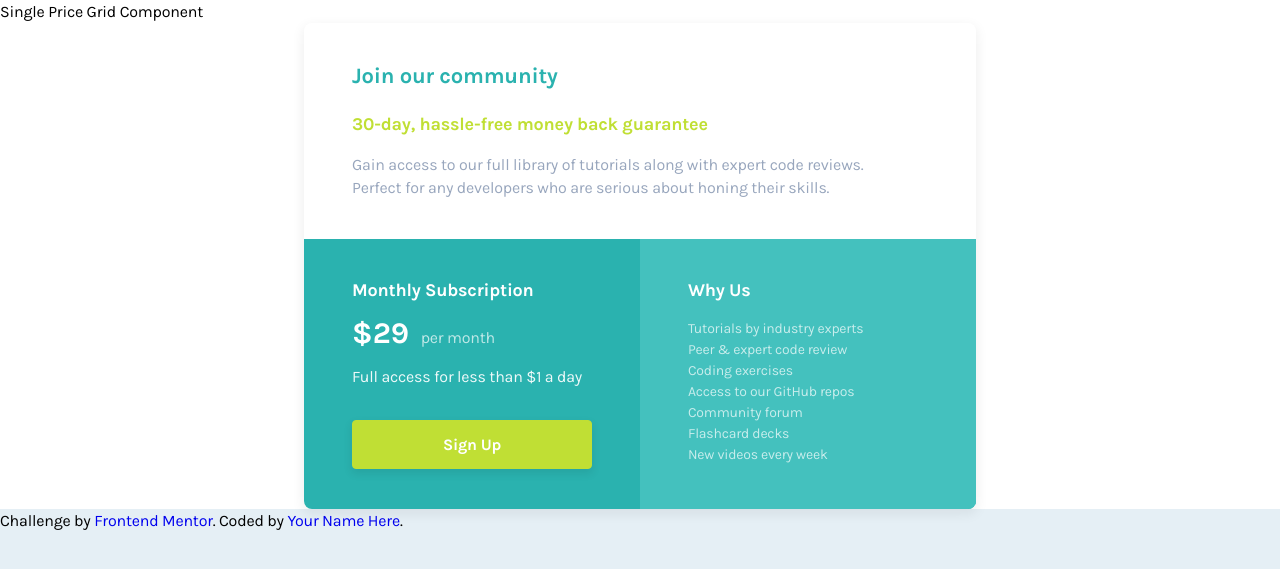
Repository: bangjuyoung/bangjuyoung
Page: practice/frontend-mentor/single-price-grid-component/index.html
The author's editor kept a copy of each file at every save. The page is drawn from the files as they stood at one save, then again after the next save.
The browser window is 1280 px wide. The pictures show the whole page.

Above is the page before, as saved 2019-06-16 16:02:56.

### practice/frontend-mentor/single-price-grid-component/index.html
<!DOCTYPE html>
<html lang="en">

<head>
  <meta charset="UTF-8">
  <meta name="viewport" content="width=device-width, initial-scale=1.0">
  <title>Frontend Mentor | Single Price Grid Component</title>
  <link rel="icon" type="image/png" sizes="32x32" href="./images/favicon-32x32.png">
  <link rel="stylesheet" href="../../../assets/css/base.css">
  <link href="https://fonts.googleapis.com/css?family=Karla:400,700&display=swap" rel="stylesheet">
  <link rel="stylesheet" href="./default.css">
</head>

<body class="bg-gray--pale">
  <main role="main" class="">


    <article class="bg-white single-price">
      <h1>Single Price Grid Component</h1>

      <div class="single-price__wrapper">
        <div class="text-primary--gray single-price__primary">
          <section class="single-price__body">
            <h2 class="text-primary text-title">Join our community</h2>
            <h3 class="text-secondary text-subtitle">30-day, hassle-free money back guarantee</h3>
            <p>Gain access to our full library of tutorials along with expert code reviews.</p>
            <p>Perfect for any developers who are serious about honing their skills.</p>
          </section>
        </div>

        <div class="theme-primary single-price__secondary">
          <section class="single-price__body single-price__cta">
            <h3 class="text-white text-subtitle">Monthly Subscription</h3>
            <div class="single-price__divider">
              <p class="text-light single-price__text">
                <strong class="text-white text-display1">&dollar;29</strong> per month
              </p>
              <p class="single-price__text">Full access for less than &dollar;1 a day</p>
            </div>
            <a href="/" class="btn btn-secondary btn-block btn--float">Sign Up</a>
          </section>

          <section class="theme-primary--light text-body2 single-price__body single-price__feature">
            <h4 class="text-white text-subtitle">Why Us</h4>
            <p>
              Tutorials by industry experts<span class="newline"></span>
              Peer &amp; expert code review<span class="newline"></span>
              Coding exercises<span class="newline"></span>
              Access to our GitHub repos<span class="newline"></span>
              Community forum<span class="newline"></span>
              Flashcard decks<span class="newline"></span>
              New videos every week
            </p>
          </section>
        </div>
      </div>

    </article>
  </main>


  <footer role="contentinfo">
    <p class="attribution">
      Challenge by <a href="https://www.frontendmentor.io?ref=challenge" target="_blank" rel="noopener">Frontend
        Mentor</a>.
      Coded by <a href="#">Your Name Here</a>.
    </p>
  </footer>
</body>

</html>

### assets/css/base.css
@charset "UTF-8";

/*
// Base
//
// Normalization of HTML elements, manually forked from Normalize.css to remove
// styles targeting irrelevant browsers while applying new styles.
//
// Normalize is licensed MIT. https://github.com/necolas/normalize.css
*/

/*
 * Document
 */

*,
*::before,
*::after {
  /* padding 과 border 가 요소 너비에 포함되도록 설정 */
  box-sizing: border-box;
}

html {
  /* 모든 브라우저에 기본 폰트 및 line-height 설정 */
  font-family: sans-serif;
  line-height: 1.15;
  /* window 폰의 IE 나 iOS 에서 방향 변경시 폰트 사이즈 수정되는 현상 막음 */
  -webkit-text-size-adjust: 100%;
  /* @viewport 설정시 IE11 과 Edge 에서 스크롤바가 컨텐트에 겹치므로 겹치지 않고 자동 숨김 되지 않도록 강제 */
  -ms-overflow-style: scrollbar;
  /* iOS 에서 완전히 투명으로 보이기 위해 기본 탭 하이라이트 변경 */
  -webkit-tap-highlight-color: rgba(0, 0, 0, 0);
}

/* IE10 이하 및 오래된 브라우저에서 새 HTML5 요소들 맞게 표시 */
article,
aside,
figcaption,
figure,
footer,
header,
hgroup,
main,
nav,
section {
  display: block;
}

/* 여백 초기화 */
body,
h1,
h2,
h3,
h4,
h5,
h6,
p,
ol,
ul,
dl,
blockquote,
pre,
figure,
input,
button,
select,
optgroup,
textarea,
fieldset {
  margin: 0;
}

/*
 * Body
 */

/*
  -apple-system, // Safari for OS X and iOS (San Francisco)
  BlinkMacSystemFont, // Chrome < 56 for OS X (San Francisco)
  "Segoe UI", // Windows
  "Roboto", // Android
  "Helvetica Neue", Arial, sans-serif, // Basic web fallback
  "Apple Color Emoji", "Segoe UI Emoji", "Segoe UI Symbol" !default; // Emoji fonts
 */

body {
  font-family: -apple-system, BlinkMacSystemFont, 'Segoe UI', Roboto,
    'Helvetica Neue', Arial, Noto Sans, sans-serif, 'Apple Color Emoji',
    'Segoe UI Emoji', 'Segoe UI Symbol', 'Noto Color Emoji';
  font-size: 1rem;
  font-weight: 400;
  line-height: 1.5;
  /* 명시적으로 기본값을 지정해 하위 요소들이 상속 받을 수 있게 함 */
  text-align: left;
  /* 기본 배경색 지정 */
  background-color: #fff;
}

body,
input,
textarea,
select,
button {
  font-synthesis: none;
  -moz-font-feature-settings: 'kern';
  -webkit-font-smoothing: antialiased;
  -moz-osx-font-smoothing: grayscale;
}

/*
 * Future-proof rule: in browsers that support :focus-visible,
 * focus outline 을 표시하지 않는 요소에 프로그램적으로 포커스가 갔을때 focus outline 숨김
 *
 * See https://developer.mozilla.org/en-US/docs/Web/CSS/:focus-visible
 * and https://developer.paciellogroup.com/blog/2018/03/focus-visible-and-backwards-compatibility/
 */
[tabindex='-1']:focus:not(:focus-visible) {
  outline: 0 !important;
}

/*
 * Content grouping
 *
 */

hr {
  box-sizing: content-box;
  height: 0;
  /* Edge와 ie에서 overflow 표시 */
  overflow: visible;
}

/*
 * Typography
 */

h1,
h2,
h3,
h4,
h5,
h6 {
  font-size: inherit;
  font-weight: inherit;
}

/*
 * Abbreviations
 */

abbr[title] {
  /* Chrome, Edge, IE, Opera, 그리고 Safari 에서 테스트 표시줄 스타일 정정 */
  text-decoration: underline;
  text-decoration: underline dotted;
  /* 바뀐 행위를 나타내기 위해 명시적으로 커서를 추가 */
  cursor: help;
  /* Firefox 39이하에서 나타나는 테스트 하단 테투리 제거 */
  border-bottom: 0;
  /* 텍스트 표시줄이 건너뛰지 않도록 설정 */
  text-decoration-skip-ink: none;
}

address {
  font-style: normal;
  line-height: inherit;
}

b,
strong {
  /* Chrome, Edge, 그리고 Safari 에서 올바른 글자 굵기 정정 */
  font-weight: bolder;
}

small {
  /* 모든 브라우저에서 글자 크기 정정 */
  font-size: 85%;
}

/*
 * 모든 브라우저에서 sub 과 sup 요소들이 즐 간격 영향 받지 않도록 설정
 */

sub,
sup {
  position: relative;
  font-size: 75%;
  line-height: 0;
  vertical-align: baseline;
}

sub {
  bottom: -0.25em;
}

sup {
  top: -0.5em;
}

/*
 * Links
 */

a {
  text-decoration: none;
  /* IE 10 에서 현재 열려 있는 링크에 나타나는 회색배경색을 제거 */
  background-color: transparent;
}

a:hover {
  text-decoration: underline;
}

/*
 * tablindex 없이는 명시적으로 키보드 포커스가 가능하지 않도록 href 속성이 없는 플레이스 홀더 링크/네임 앵커에 대한 스타일 재지정
 * 단순히 a[href] 로 스타일 지정이 간단할 수 있지만, 많은 다른 스타일내에서 고치기엔 복잡한 특정 이슈 유발 가능성 존재
 * See https://github.com/twbs/bootstrap/issues/19402
 */

a:not([href]):not([tabindex]) {
  color: inherit;
  text-decoration: none;
}

a:not([href]):not([tabindex]):hover,
a:not([href]):not([tabindex]):focus {
  color: inherit;
  text-decoration: none;
}

a:not([href]):not([tabindex]):focus {
  outline: 0;
}

/*
 * Code
 */

pre,
code,
kbd,
samp {
  font-family: SFMono-Regular, Menlo, Monaco, Consolas, 'Liberation Mono',
    'Courier New', monospace;
  /* 모든 브라우저에서 이상한 em 글자 크기 정정 */
  font-size: 1em;
}

pre {
  /* 바깥 영역을 깨지 않도록 내용 영역 오버플로우 설정 */
  overflow: auto;
  /* IE11 와 Edge 에서 @viewport 설정시 스크롤바가 내용을 덮는 현상에서 내용 덮지 않고 자동으로 숨겨지지 않도록 재지정  */
  -ms-overflow-style: scrollbar;
}

/*
 * Images and content
 */

img {
  vertical-align: middle;
  /* IE10 이하에서 링크 내 이미지 요소들에 테두리 제거 */
  border-style: none;
}

svg {
  /*
     * IE10/11 에서 오버플로우 되는 버그로 인해 필요
     * See https://github.com/twbs/bootstrap/issues/26878
     */
  overflow: hidden;
  vertical-align: middle;
}

/*
 * Tables
 */

table {
  /* Prevent double borders 테두리들이 맞 닿았을 때 합쳐지도록 설정 */
  border-collapse: collapse;
}

/* body 요소나 가장 가까운 부모로 부터 지정된 텍스트 정렬 요소를 상속해 td 요소 정렬과 일치 */
caption,
th {
  text-align: inherit;
}

/*
 * Forms
 */

/*
 * macOS Chrome 에서 추가되는 기본 border-radius  제거
 * Details at https://github.com/twbs/bootstrap/issues/24093
 */
button {
  border-radius: 0;
}

/* Firefox/IE 에서 button 배경색이 투명일 때 기본 button 포커스 스타일이 손실되는 버그 피함
 * Credit: https://github.com/suitcss/base/
 */
button:focus {
  outline: 1px dotted;
  outline: 5px auto -webkit-focus-ring-color;
}

input,
button,
select,
optgroup,
textarea {
  font-family: inherit;
  font-size: inherit;
  line-height: inherit;
}

button,
input {
  /* Edge 에서 overflow 보임  */
  overflow: visible;
}

button,
select {
  /* Firefox 에서 텍스트 변형 상속되는 것을 제거 */
  text-transform: none;
}

/* 1. Android 4 에서 기본 audio 와 video 컨트롤이 제거되는 WebKit 버그 제거 */
button,
[type="button"],
/* 1 */
[type="reset"],
[type="submit"] {
  /* iOS 와 Safari 에서 클릭 가능한 타입으로 스타일 정정  */
  -webkit-appearance: button;
}

/* Firefox 에서 안쪽 테두리와 여백 제거하고 Normalize 처럼 outline 을 복원하지 않음 */
button::-moz-focus-inner,
[type='button']::-moz-focus-inner,
[type='reset']::-moz-focus-inner,
[type='submit']::-moz-focus-inner {
  padding: 0;
  border-style: none;
}

/* IE 10 이하에서 box sizing 정정 추가 및 padding 제거 */
input[type='radio'],
input[type='checkbox'] {
  box-sizing: border-box;
  padding: 0;
}

input[type='date'],
input[type='time'],
input[type='datetime-local'],
input[type='month'] {
  /* Mobile Safari 에서 line-height 설정시 텍스트가 input 내 수직 중양 정렬되지 않는 버그를 피하기 위해 시간 input 기본 모양 제거
    // See https://bugs.webkit.org/show_bug.cgi?id=139848
    // and https://github.com/twbs/bootstrap/issues/11266
    */
  -webkit-appearance: listbox;
}

textarea {
  /* IE 에서 기본 수직 스크롤바 제거 */
  overflow: auto;
  /* textarea 는 수직으로만 리사이즈 되도록 설정 */
  resize: vertical;
}

fieldset {
  /*
     * fieldsets 은 min-width이 min-content 로 일반 블록 요소처럼 min-width 재지정
     * See https://github.com/twbs/bootstrap/issues/12359
     * and https://html.spec.whatwg.org/multipage/#the-fieldset-and-legend-elements
     * 페이지 레이아웃에 영향을 주지 않도록 기본 스타일 리셋
     */
  min-width: 0;
  padding: 0;
  border: 0;
}

/* 1. Edge 와 IE 에서 텍스트 래핑 정정 */
legend {
  display: block;
  width: 100%;
  /* 1 */
  max-width: 100%;
  margin-bottom: 0.5rem;
  padding: 0;
  font-size: 1.5rem;
  /* IE 에서 fieldset 요소로 부터 색상 상속하도록 정정 */
  color: inherit;
  line-height: inherit;
  /* 1 */
  white-space: normal;
}

progress {
  /* Chrome, Firefox, Opera 에서 vertical alignment 스타일 추가 */
  vertical-align: baseline;
}

[type='number']::-webkit-inner-spin-button,
[type='number']::-webkit-outer-spin-button {
  /* Chrome 에서 증감 버튼 커서 스타일 정정 */
  height: auto;
}

[type='search'] {
  /*
     * iOS 에서 검색 input 의 추가적인 둥근 코너를 오버라이드하여
     * 기본 form-control 클래스 스타일이 적절히 스타일 적용될 수 있도록 함
     * https://github.com/twbs/bootstrap/issues/11586.
     * Safari 에서 outline 스타일 정정
     */
  outline-offset: -2px;
  -webkit-appearance: none;
}

/*
 * macOS 에서 Chrome 과 Safari 에서 안쪽 여백 제거
 */

[type='search']::-webkit-search-decoration {
  -webkit-appearance: none;
}

::-webkit-file-upload-button {
  font: inherit;
  /* iOS 와 Safari 에서 클릭가능한 타입으로 정정 */
  -webkit-appearance: button;
}

/*
* 요소 디스플레이 정정
*/

output {
  display: inline-block;
}

summary {
  /* 모든 브라우저에서 적절한 디스플레이 속성 추가 */
  display: list-item;
  cursor: pointer;
}

template {
  /* IE에서 필요 */
  display: none;
}

[hidden] {
  /* hidden 속성을 가진 HTML 요소는 항상 숨김 (from PureCSS), IE 10 이하에서 필요 */
  display: none !important;
}

### practice/frontend-mentor/single-price-grid-component/default.css
@charset "UTF-8";

html {
    font-size: 15px;
}

body {
    font-family: 'Karla', sans-serif;
    letter-spacing: -0.013em;
    line-height: 1.44;
}

@media (min-width: 48rem) {
    html {
        font-size: 16px;
    }
}

.btn {
    display: inline-block;
    padding: 0.75rem 1.25rem;
    font-weight: 700;
    text-align: center;
    border: 1px solid transparent;
    border-radius: 0.25rem;
}

.btn:hover {
    text-decoration: none;
    transition: color 0.3s ease-out, background-color 0.3s ease-out, box-shadow 0.3s ease-out;
}

.btn-block {
    width: 100%;
}

.btn--float {
    box-shadow: 0 4px 8px 1px rgba(0, 0, 0, 0.08);
}

.btn--float:hover {
    box-shadow: 0 0 0 0 rgba(0, 0, 0, 0.08);
}

.newline {
    display: block;
}

.text-center {
    text-align: center;
}


/*
 * typo
 */

.text-display1 {
    font-size: 1.875rem;
    font-weight: 700;
    letter-spacing: 0;
    line-height: 1;
}

.text-title {
    margin-bottom: 1.5rem;
    font-size: 1.375rem;
    font-weight: 700;
    line-height: 1.2;
}

.text-subtitle {
    margin-bottom: 1rem;
    font-size: 1.125rem;
    font-weight: 700;
    line-height: 1.3;
}

.text-body2 {
    font-size: 0.875rem;
    line-height: 1.5;
}


/*
 * single-price
 */
.single-price__wrapper {
    overflow: hidden;
    max-width: 24rem;
    margin-left: auto;
    margin-right: auto;
    border-radius: 0.5rem;
    box-shadow: 0 4px 12px 2px rgba(0, 0, 0, 0.06);
}

.single-price__divider {
    margin-bottom: 2rem;
}

.single-price__text+.single-price__text {
    margin-top: 1rem;
}

.single-price__body {
    padding: 2.5rem 3rem;
}

@media (min-width: 44rem) {
    .single-price__wrapper {
        max-width: 42rem;
    }

    .single-price__secondary {
        position: relative;
    }

    .single-price__secondary::before {
        content: '';
        z-index: 0;
        position: absolute;
        top: 0;
        right: 0;
        bottom: 0;
        left: 50%;
        background-color: hsl(179, 50%, 51%);
    }

    .single-price__secondary::after {
        content: '';
        display: block;
        clear: both;
    }

    .single-price__secondary .single-price__body {
        z-index: 1;
        position: relative;
        float: left;
        width: 50%;
    }
}


/*
 * specific
 */

.single-price__cta .text-display1 {
    margin-right: 0.5rem;
}

.single-price__feature .newline {
    display: none;
}

@media (min-width: 44rem) {
    .single-price__feature .newline {
        display: block;
    }
}


/*
 * theme
 */

.btn-secondary {
    color: #fff;
    background-color: hsl(71, 73%, 54%);
    border-color: hsl(71, 73%, 54%);
}

.theme-primary {
    color: rgba(255, 255, 255, 0.92);
    background-color: hsl(179, 62%, 43%);
}

.theme-primary--light {
    color: rgba(255, 255, 255, 0.7);
    background-color: hsl(179, 50%, 51%);
}

.bg-gray--pale {
    background-color: hsl(204, 43%, 93%);
}

.bg-white {
    background-color: #fff;
}

.text-primary {
    color: hsl(179, 62%, 43%);
}

.text-primary--gray {
    color: hsl(218, 22%, 67%);
}

.text-secondary {
    color: hsl(71, 73%, 54%);
}

.text-gray--pale {
    color: hsl(204, 43%, 93%);
}

.text-white {
    color: #fff;
}

.text-light {
    color: rgba(255, 255, 255, 0.7);
}

After the next save:
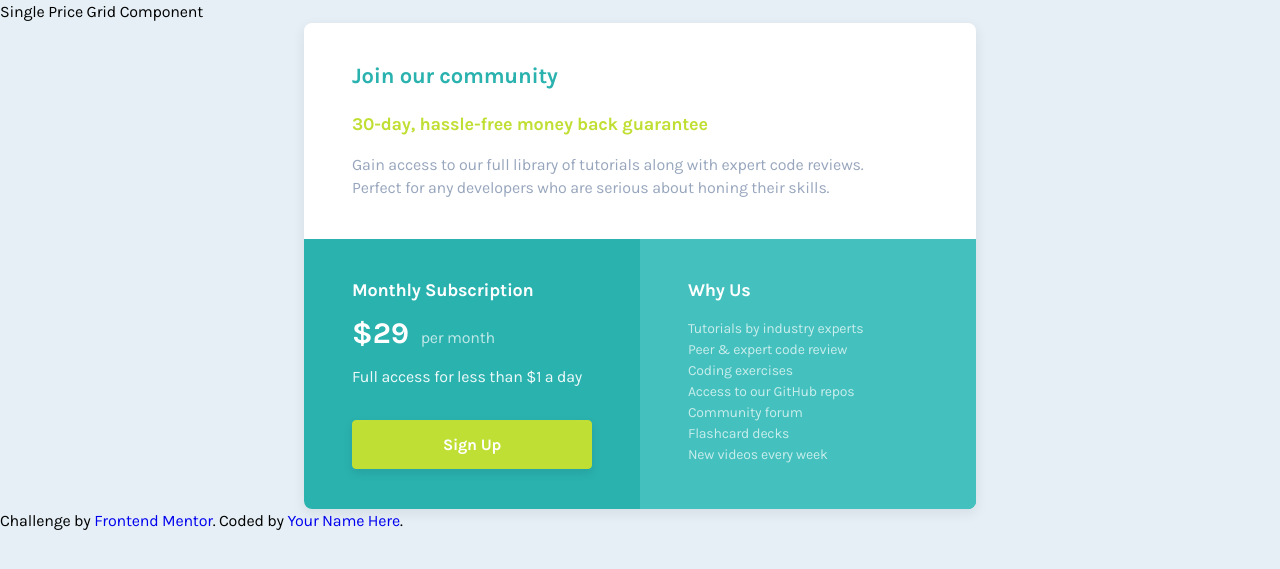
Saved 17 s later.
--- a/practice/frontend-mentor/single-price-grid-component/index.html
+++ b/practice/frontend-mentor/single-price-grid-component/index.html
@@ -15,10 +15,10 @@
   <main role="main" class="">
 
 
-    <article class="bg-white single-price">
+    <article class="single-price">
       <h1>Single Price Grid Component</h1>
 
-      <div class="single-price__wrapper">
+      <div class="bg-white single-price__wrapper">
         <div class="text-primary--gray single-price__primary">
           <section class="single-price__body">
             <h2 class="text-primary text-title">Join our community</h2>
